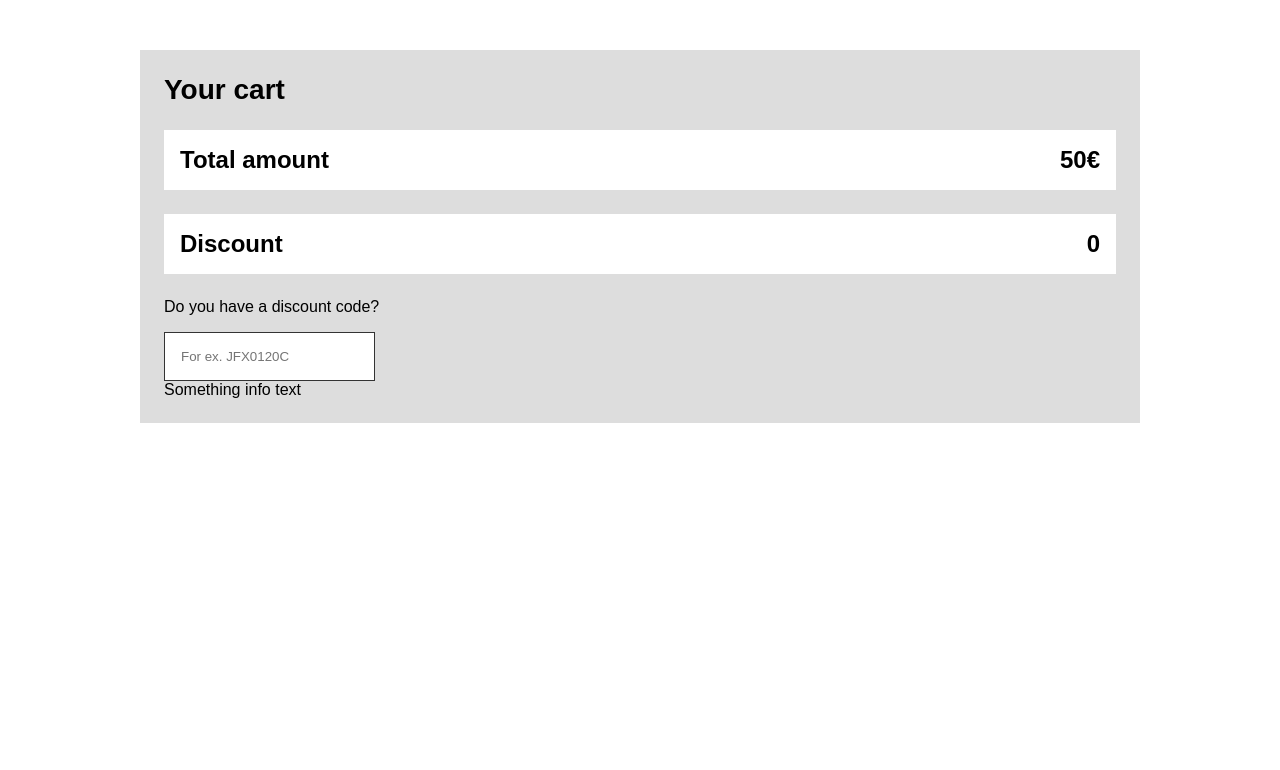
Repository: kcvijay/cart-discoutcodes
Page: /
An editor plug-in stored every save of this project. The page is shown before and after the next save, followed by the edit.
The browser window is 1280 px wide. The pictures show the whole page.
The project was rebuilt for these pictures with package versions that can differ from the ones it lists, and the page was loaded fresh each time. Also part of the build but not shown: src/App.css.

Above is the page before, as saved 2023-05-17 11:33:04.

After the next save:
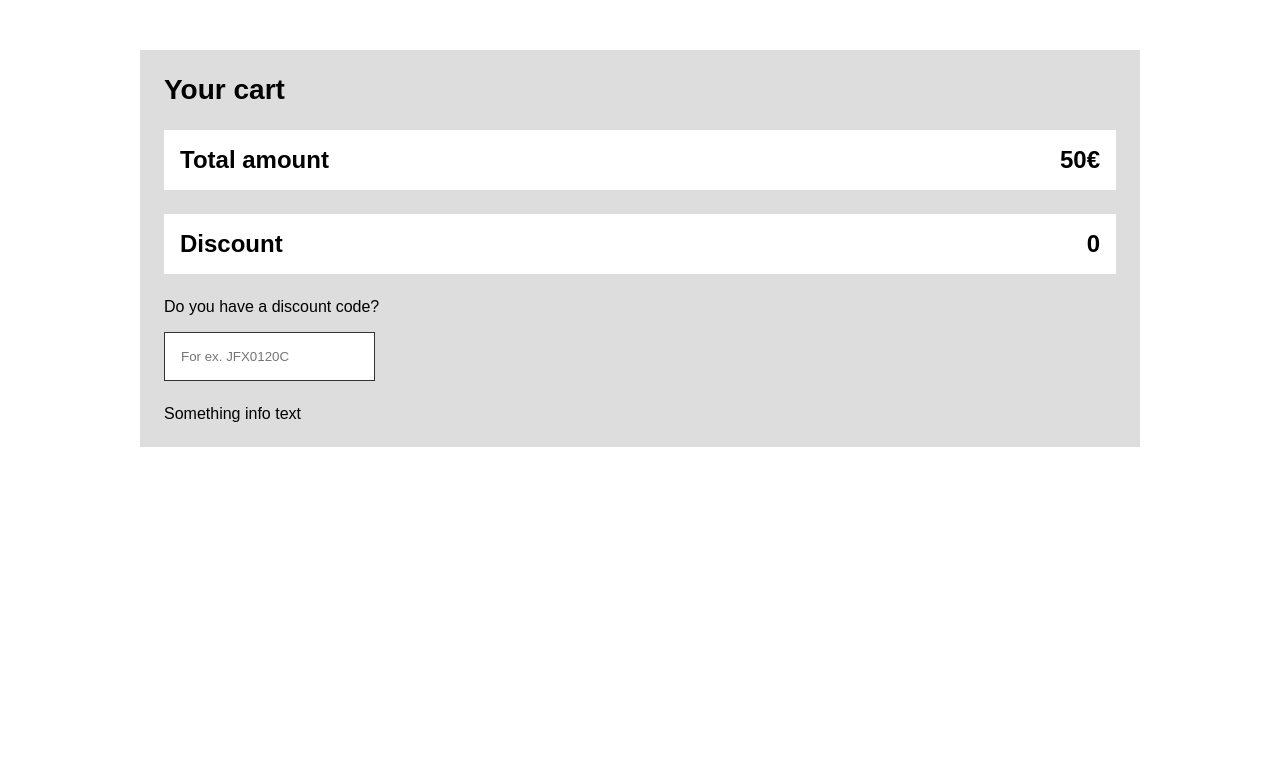
Saved 27 s later.
--- a/src/index.css
+++ b/src/index.css
@@ -34,6 +34,10 @@ body {
 /****/
 /****/
 
+form {
+  margin-bottom: 1.5rem;
+}
+
 form label {
   display: block;
   margin-bottom: 1rem;
@@ -45,3 +49,5 @@ form input {
   min-width: 200px;
   border: 1px solid #333;
 }
+
+.info-text
